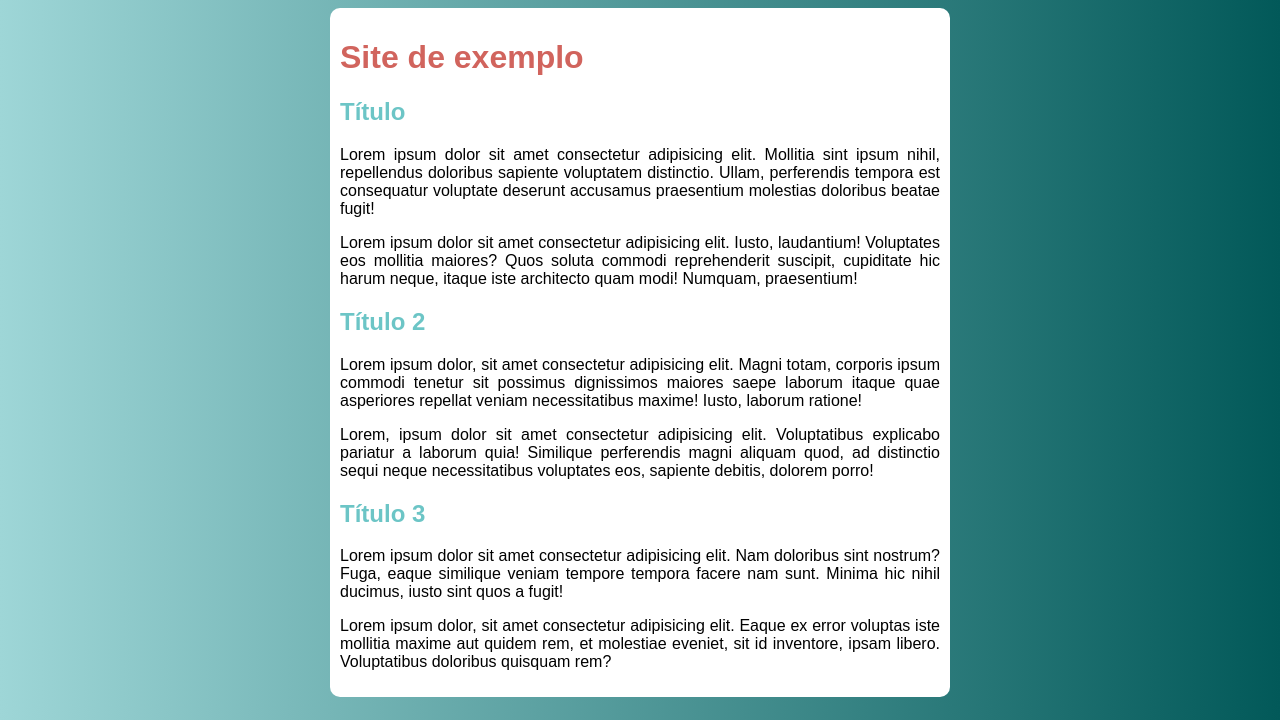
Repository: pheonix5/Estudo
Page: html-css/exercicios/ex016/cor03.html
These files come from the project's save history. The page is drawn as it stood at one moment and after the next save; the edit follows.
The browser window is 1280 px wide. The pictures show the whole page.

Above is the page before, as saved 2023-08-10 21:52:24.

After the next save:
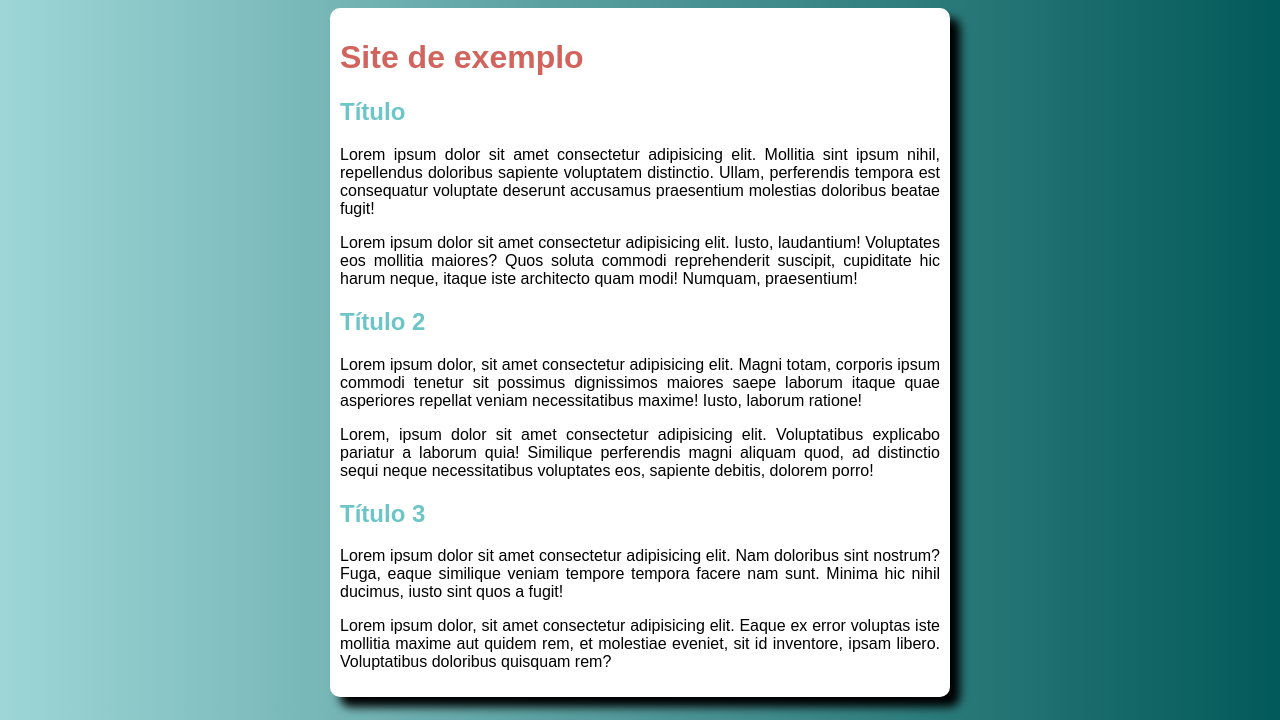
Saved 47 s later.
--- a/html-css/exercicios/ex016/style.css
+++ b/html-css/exercicios/ex016/style.css
@@ -12,6 +12,7 @@ body{
 main{
   background-color: #FFF;
   border-radius: 10px;
+  box-shadow: 10px 10px 10px black;
   width: 600px;
   padding: 10px;
   margin: auto;
